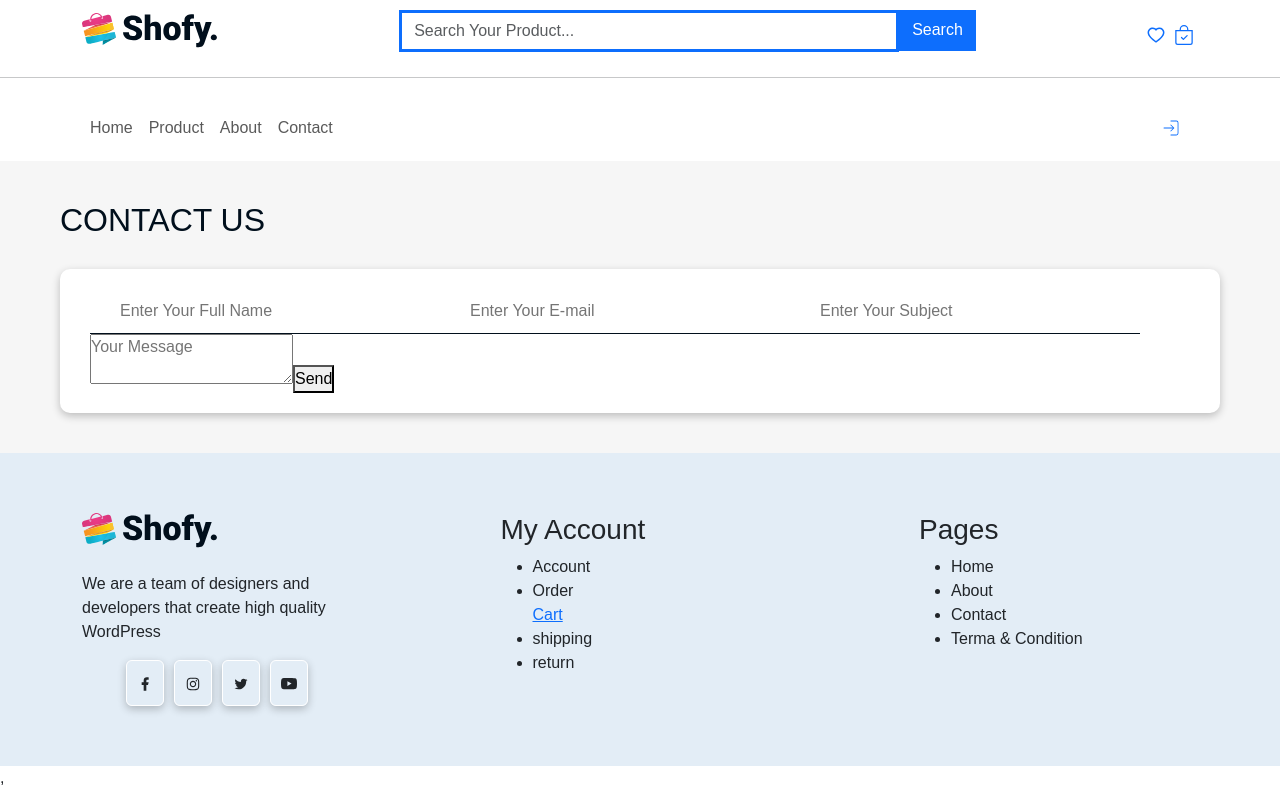
Repository: YomnaWegdan/E-commerce
Page: /contact
An editor plug-in stored every save of this project. The page is shown before and after a run of saves, followed by the edit.
The browser window is 1280 px wide. The pictures show the whole page.
The project was rebuilt for these pictures with package versions that can differ from the ones it lists, and the page was loaded fresh each time. Also part of the build but not shown: src/App.css, src/Pages/Home.css, src/Components/HomeProduct.js, src/Pages/Home.js, src/Pages/Product.js, src/Components/Cart/Cart.css, src/Components/Cart/Cart.js.

Above is the page before, as saved 2023-08-09 00:49:24.

After the next 2 saves:
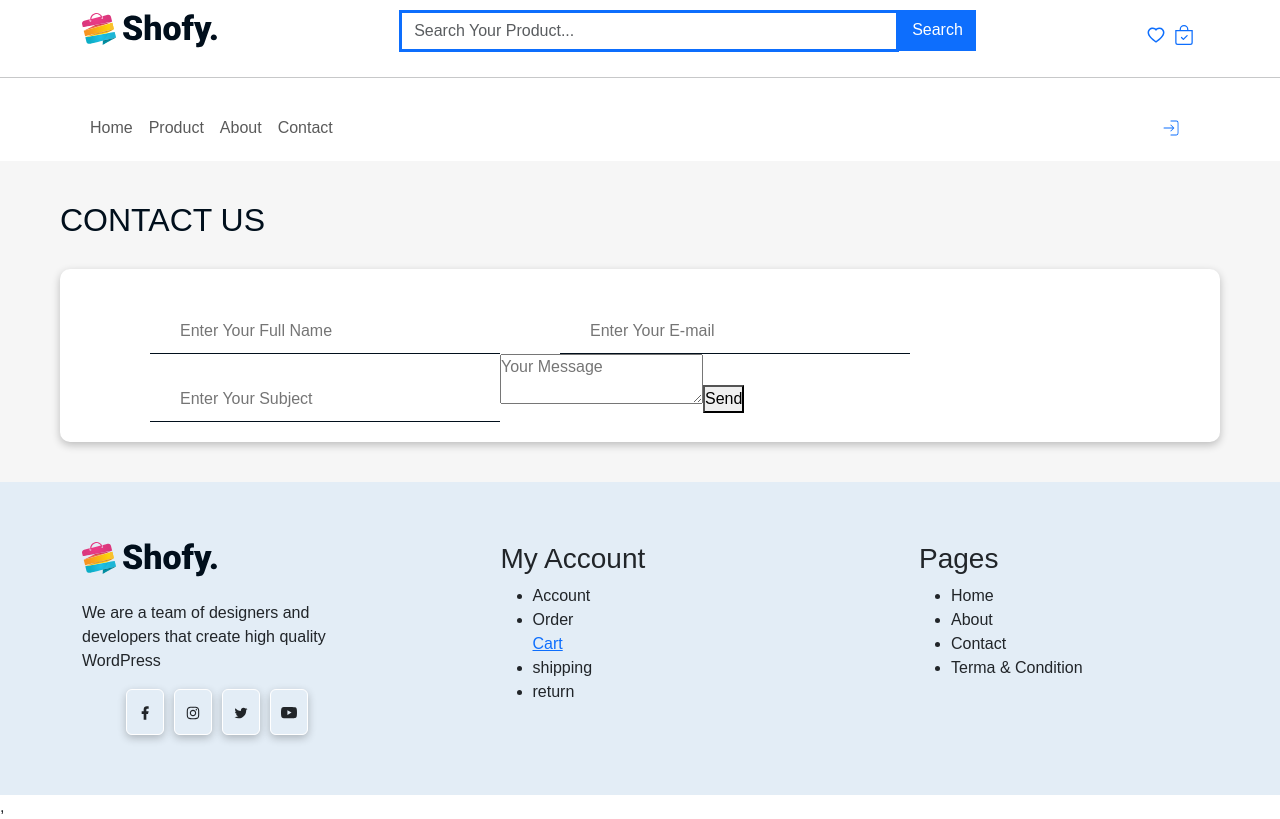
The 2 saves are shown as one change because they came seconds apart.
The last was saved 8 s later.
--- a/src/Pages/Contact.css
+++ b/src/Pages/Contact.css
@@ -27,6 +27,7 @@
     background: none;
     border-bottom: 1px solid #010f1c;
     width: 350px;
-    m
+    margin-top: 20px;
+    margin-left: 60px;
 
 }
